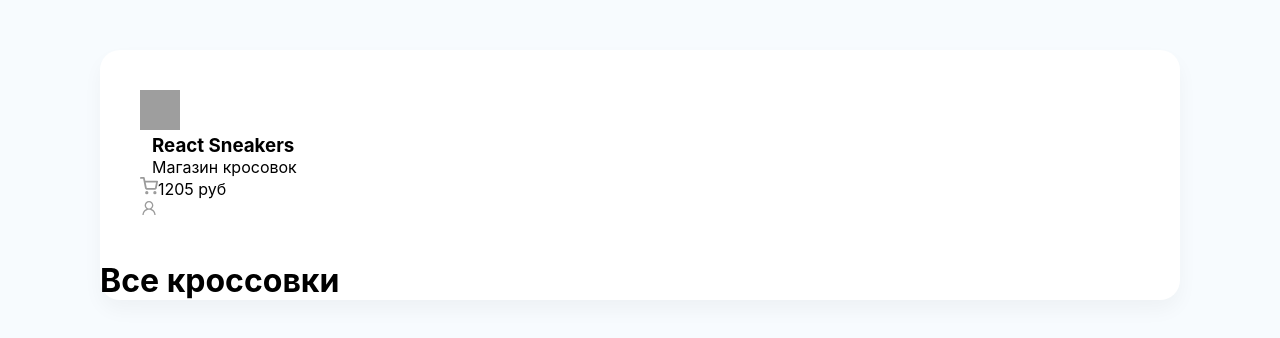
Repository: Azimich/React-Sneakers
Page: /
The author's editor kept a copy of each file at every save. The page is drawn from the files as they stood at one save, then again after a run of saves.
The browser window is 1280 px wide. The pictures show the whole page.
Pictures or frames that could not be fetched are drawn as grey boxes. The project was rebuilt for these pictures with package versions that can differ from the ones it lists, and the page was loaded fresh each time.

Above is the page before, as saved 2022-09-22 22:00:58.

### src/index.js
import React from 'react';
import ReactDOM from 'react-dom/client';

import 'macro-css';
import './index.scss';
import App from './App';

const root = ReactDOM.createRoot(document.getElementById('root'));
root.render (
  <React.StrictMode>
    <App />
  </React.StrictMode>
);

### src/index.scss
body {
  margin: 0;
  font-family: -apple-system, BlinkMacSystemFont, 'Segoe UI', 'Roboto', 'Oxygen',
  'Ubuntu', 'Cantarell', 'Fira Sans', 'Droid Sans', 'Helvetica Neue',
  sans-serif;
  background-color: #F7FBFE;
}

*,
*::before,
*::after {
  box-sizing: border-box;
  margin: 0;
  padding: 0;
}

ul {
  list-style: none;
}

a {
  text-decoration: none;
}

input,
textarea,
label,
button {
  background-color: transparent;
  font-family: inherit;
  outline: none;
  display: block;
}

button {
  border: none;
  cursor: pointer;
}

textarea{
  resize: none;
}

h1,h2,h3,h4,h5{
  margin: 0;
}

.wrapper {
  background: #FFFFFF;
  box-shadow: 0px 10px 20px rgba(0, 0, 0, 0.04);
  border-radius: 20px;
  max-width: 1080px;
  margin: 50px auto;
}

header {
  padding: 40px;
}

.headerInfo {
  margin-left: 12px;
}

### src/App.js
import React from 'react';


function App() {
  return (
    <div className="wrapper">
      <header className="d-flex justify-between align-center p-40">
        <div className="d-flex align-center">
          <img width={40} height={40} src="/img/logo.svg" />
          <div className="headerInfo">
            <h3 className='text-uppercase'>React Sneakers</h3>
            <p>Магазин кросовок</p>
          </div>
        </div>
        <ul className="d-flex align-center">
          <li className='mr-30 d-flex align-center'>
            <img width={18} height={18} src="/img/cart.svg" />
            <span>1205 руб</span>
          </li>
          <li>
            <img width={18} height={18} src="/img/user.svg" />
          </li>
        </ul>
      </header>
      <div className="content">
        <h1>Все кроссовки</h1>
      </div>
    </div>
  );
}

export default App;

Loaded but not shown: public/index.html (common file)

After the next 3 saves:
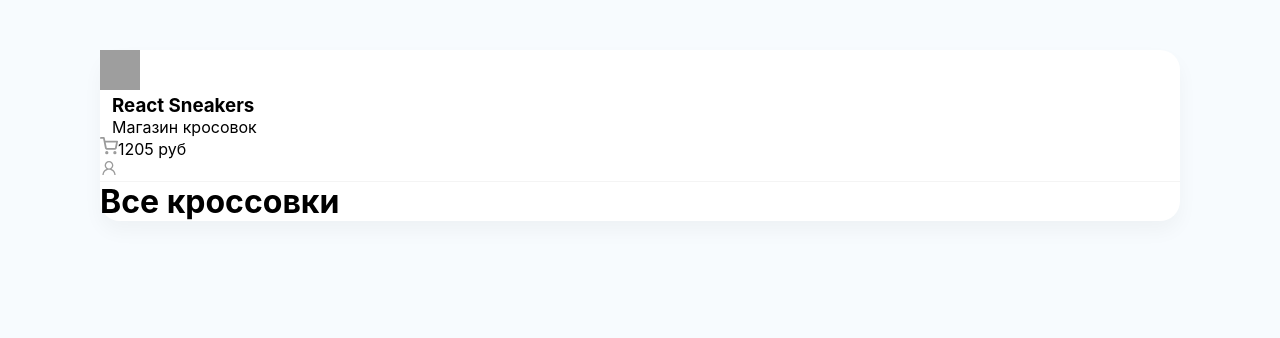
The 3 saves are shown as one change because they came seconds apart.
The last was saved 14 s later.
--- a/src/index.scss
+++ b/src/index.scss
@@ -54,7 +54,7 @@ h1,h2,h3,h4,h5{
 }
 
 header {
-  padding: 40px;
+  border-bottom: 1px solid #f4f4f4;
 }
 
 .headerInfo {
